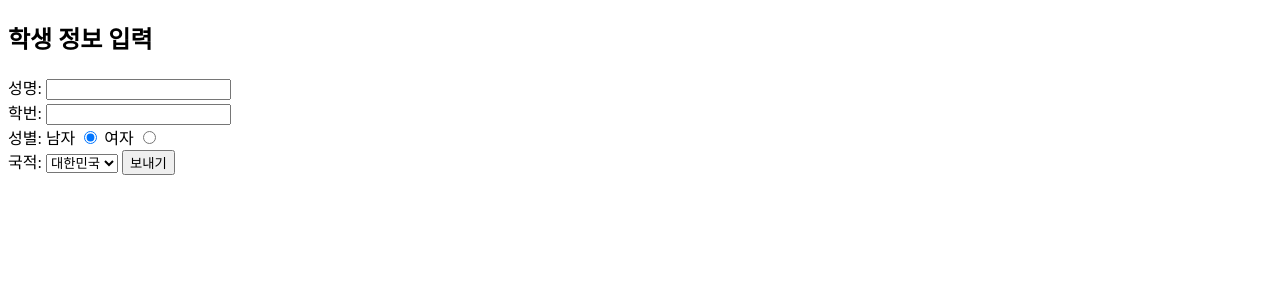
Repository: jemin7709/InternetProgramming2
Page: Pj/WebContent/request.html
The author's editor kept a copy of each file at every save. The page is drawn from the files as they stood at one save, then again after the next save.
The browser window is 1280 px wide. The pictures show the whole page.

Above is the page before, as saved 2021-05-14 01:21:17.

After the next save:
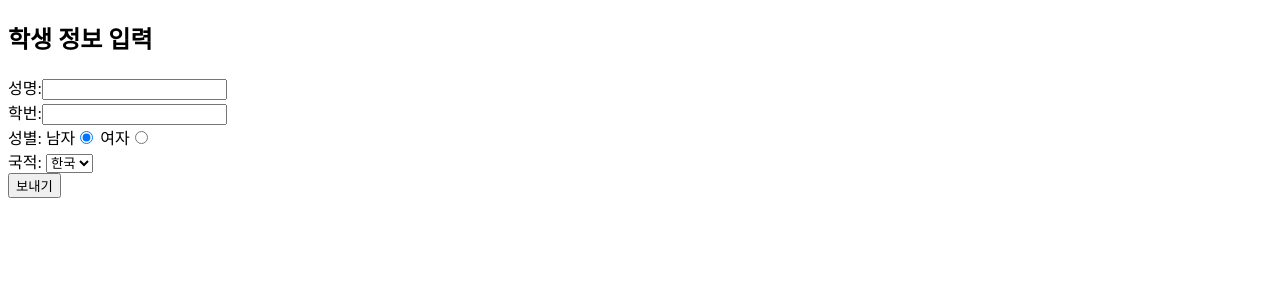
Saved 28 s later.
--- a/Pj/WebContent/request.html
+++ b/Pj/WebContent/request.html
@@ -2,23 +2,24 @@
 <html>
 <head>
 <meta charset="UTF-8">
-<title>Insert title here</title>
+<title>request 예제</title>
 </head>
 <body>
 	<h2>학생 정보 입력</h2>
 	<form method="post" action="request.jsp">
-		성명: <input type="text" name="name"><br>
-		학번: <input type="text" name="studentNum"><br>
-		성별: 남자 <input type="radio" name="sex" value="man" checked="checked">
-			 여자 <input type="radio" name="sex" value="woman"><br>
+		성명:<input type="text" name="name"><br>
+		학번:<input type="text" name="studentNum"><br>
+		성별:	남자<input type="radio" name="sex" value="man" checked>
+			여자<input type="radio" name="sex" value="woman"><br>
 		국적: <select name="country">
-			<option value="대한민국" selected="selected">대한민국</option>
+			<option selected value="한국">한국</option>
 			<option value="일본">일본</option>
 			<option value="중국">중국</option>
 			<option value="터키">터키</option>
 			<option value="태국">태국</option>
-		</select>
+		</select><br>
 		<input type="submit" value="보내기">
+
 	</form>
 </body>
 </html>
